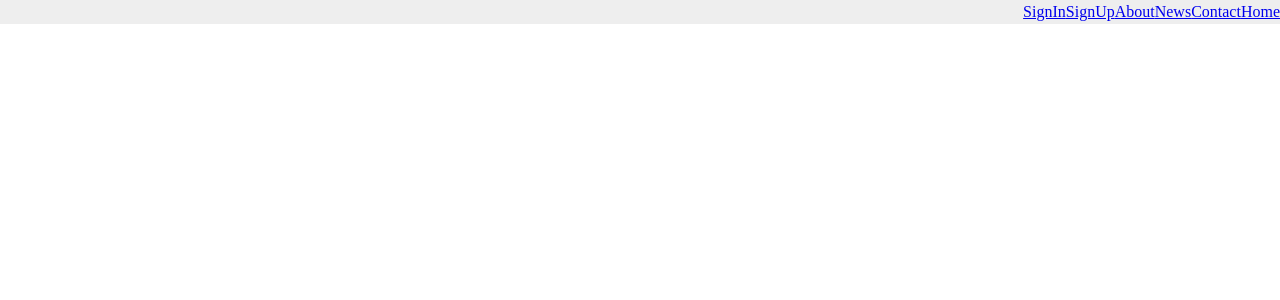
Repository: jesar-enl/My-CSS-Website
Page: index.html
An editor plug-in stored every save of this project. The page is shown before and after a run of saves, followed by the edit.
The browser window is 1280 px wide. The pictures show the whole page.

Above is the page before, as saved 2022-07-26 12:26:14.

After the next 2 saves:
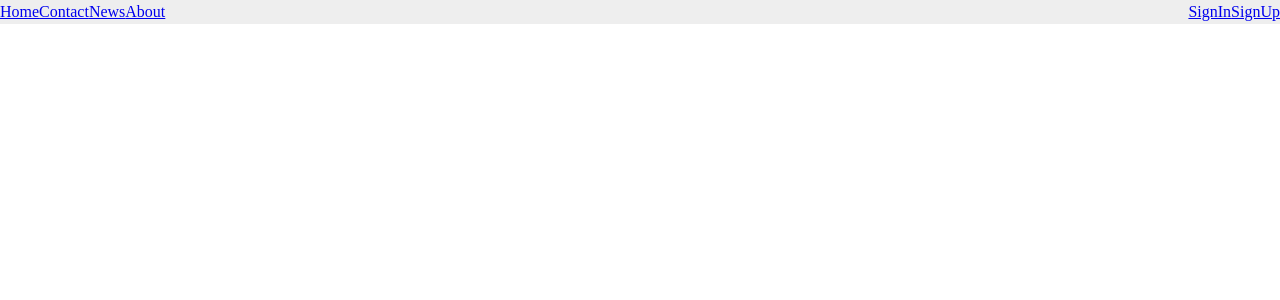
The 2 saves are shown as one change because they came seconds apart.
The last was saved 6 s later.
--- a/style.css
+++ b/style.css
@@ -30,6 +30,6 @@ ul.topnav li {
   float: left;
 }
 
-ul.topnav li {
+ul.topnav li.topnav-right {
   float: right;
 }
